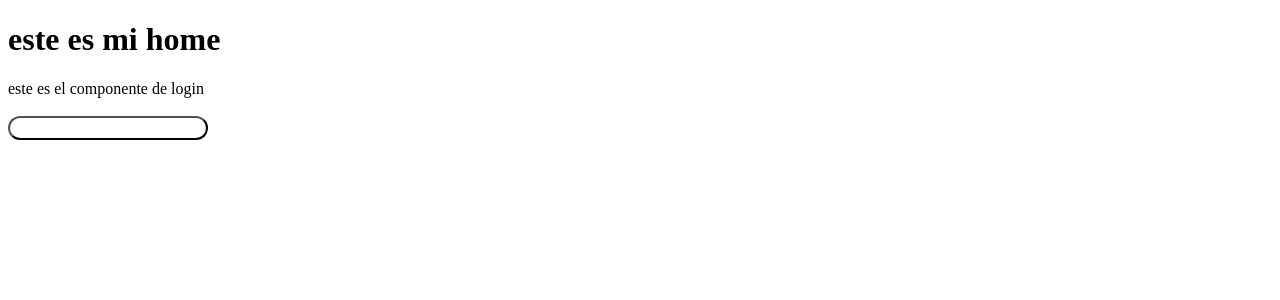
Repository: mauro8778/TurnoClinica
Page: / (app in front/vite-project/)
These files come from the project's save history. The page is drawn as it stood at one moment and after the next save; the edit follows.
The browser window is 1280 px wide. The pictures show the whole page.
The project was rebuilt for these pictures with package versions that can differ from the ones it lists, and the page was loaded fresh each time. Also part of the build but not shown: front/vite-project/vite.config.js.

Above is the page before, as saved 2024-04-12 09:26:05.

### front/vite-project/src/App.jsx

import Home from "./views/home";

function App() {


  return (
    <>


     <Home/>
    </>
  )
}

export default App

### front/vite-project/src/views/home.jsx
import NavBar from "../components/NavBar/NavBar"

const Home = () => {
    return(
       <>
        <h1>este es mi home</h1>
        <NavBar/>
       </>
    )

}
export default Home

### front/vite-project/src/components/NavBar/NavBar.jsx
import { CustomButton } from "../button/customBottonStyled";
import Login from "../login/login";
import Register from "../register/register";

const NavBar=()=>{

    return(
    <>
    <div>

    <Login/>
   <Register/>
   <CustomButton/>

    </div>

    </>)
}

export default NavBar;

### front/vite-project/src/components/button/customBottonStyled.jsx
import styled from "styled-components"

export const CustomButton = styled.button`
color: black;
width: 200px;
border-radius: 20px;
background-color: white;
padding: 10px;
`

### front/vite-project/src/components/login/login.jsx
const Login=()=> {
    return(
       <>
       <div>

    <p>
            este es el componente de login
    </p>

</div>
       </>
    )
}
export default Login;

### front/vite-project/src/components/register/register.jsx
const Register=()=>{
<>
<div>
<p>
    este es el componente de registro
</p>
</div>


</>

}

export default Register;

Loaded but not shown: front/vite-project/index.html (common file); front/vite-project/src/main.jsx (common file)

After the next save:
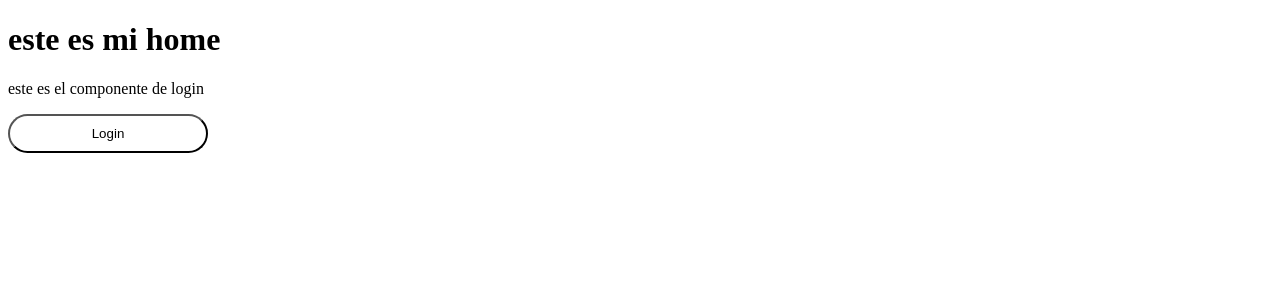
Saved 46 s later.
--- a/front/vite-project/src/components/NavBar/NavBar.jsx
+++ b/front/vite-project/src/components/NavBar/NavBar.jsx
@@ -10,7 +10,7 @@ const NavBar=()=>{
 
     <Login/>
    <Register/>
-   <CustomButton/>
+   <CustomButton>Login</CustomButton>
 
     </div>
 
